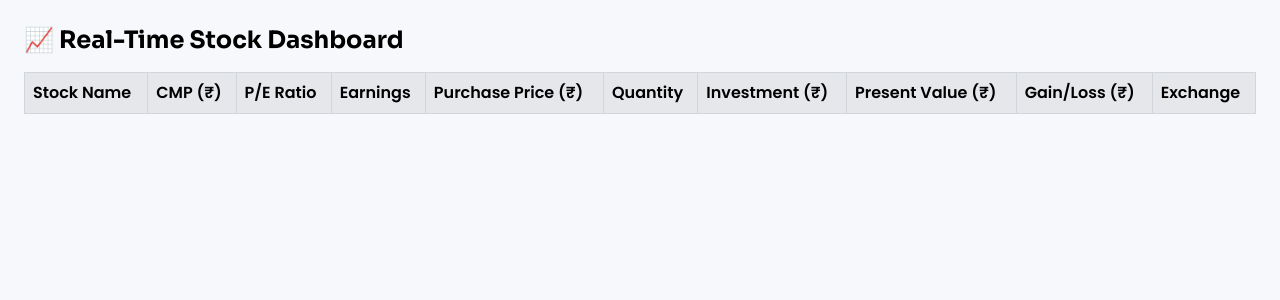
Repository: jabir12-12/inten-project
Page: /
An editor plug-in stored every save of this project. The page is shown before and after the next save, followed by the edit.
The browser window is 1280 px wide. The pictures show the whole page.
The page's requests for data from a server got no answer. The project was rebuilt for these pictures with package versions that can differ from the ones it lists, and the page was loaded fresh each time. The framework's server and built-in components were replaced by stand-ins that run in the browser. No one was signed in, and anything a server would have sent is missing. Also part of the build but not shown: next.config.ts.

Above is the page before, as saved 2025-05-17 20:02:32.

### src/pages/index.tsx
'use client';
import React, { useEffect, useState } from 'react';

interface StockData {
  symbol: string;
  cmp: number;
  peRatio: number;
  earnings: number;
}

interface StockWithUserData extends StockData {
  purchasePrice: number;
  quantity: number;
  exchange: string;
}

const STOCKS_LIST = ['HAL', 'GRSE', 'MSFT', 'AMZN', 'META', 'TSLA', 'NFLX', 'NVDA', 'ADBE', 'INTC'];

// Manual stock exchange info
const STOCK_EXCHANGE_MAP: Record<string, string> = {
  HAL: 'NYSE',
  GRSE: 'NYSE',
  MSFT: 'NASDAQ',
  AMZN: 'NASDAQ',
  META: 'NASDAQ',
  TSLA: 'NASDAQ',
  NFLX: 'NASDAQ',
  NVDA: 'NASDAQ',
  ADBE: 'NASDAQ',
  INTC: 'NASDAQ',
};

// Hardcoded purchase prices for each stock
const PURCHASE_PRICE_MAP: Record<string, number> = {
  HAL: 150,
  GRSE: 230,
  MSFT: 320,
  AMZN: 2900,
  META: 330,
  TSLA: 700,
  NFLX: 500,
  NVDA: 600,
  ADBE: 550,
  INTC: 50,
};

// Hardcoded quantities for each stock
const QUANTITY_MAP: Record<string, number> = {
  HAL: 10,
  GRSE: 5,
  MSFT: 8,
  AMZN: 2,
  META: 7,
  TSLA: 3,
  NFLX: 4,
  NVDA: 6,
  ADBE: 9,
  INTC: 12,
};

export default function StockDashboard() {
  const [stocks, setStocks] = useState<StockWithUserData[]>([]);
  const [loading, setLoading] = useState(true);

  const fetchData = async () => {
    try {
      const res = await fetch('/api/route');
      const json = await res.json();
      if (json.success) {
        // Assign hardcoded purchasePrice and quantity values
        const dataWithUserFields = STOCKS_LIST.map((symbol) => {
          const stock = json.data.find((s: StockData) => s.symbol === symbol);
          return {
            symbol,
            cmp: stock ? stock.cmp : 0,
            peRatio: stock ? stock.peRatio : 0,
            earnings: stock ? stock.earnings : 0,
            purchasePrice: PURCHASE_PRICE_MAP[symbol] || 0,
            quantity: QUANTITY_MAP[symbol] || 0,
            exchange: STOCK_EXCHANGE_MAP[symbol] || 'Unknown',
          };
        });
        setStocks(dataWithUserFields);
      }
    } catch (err) {
      console.error('Error fetching data:', err);
    } finally {
      setLoading(false);
    }
  };

  useEffect(() => {
    fetchData();
    const interval = setInterval(fetchData, 15000);
    return () => clearInterval(interval);
  }, []);

  return (
    <div className="p-4 sm:p-6">
      <h1 className="text-xl sm:text-2xl font-bold mb-4">📈 Real-Time Stock Dashboard</h1>
      {loading ? (
        <p className="text-center text-gray-600">Loading...</p>
      ) : (
        <div className="overflow-x-auto">
          <table className="min-w-full table-auto border border-gray-300 text-left text-sm sm:text-base">
            <thead className="bg-gray-200">
              <tr>
                <th className="p-2 border border-gray-300">Stock Name</th>
                <th className="p-2 border border-gray-300">CMP (₹)</th>
                <th className="p-2 border border-gray-300">P/E Ratio</th>
                <th className="p-2 border border-gray-300">Earnings</th>
                <th className="p-2 border border-gray-300">Purchase Price (₹)</th>
                <th className="p-2 border border-gray-300">Quantity</th>
                <th className="p-2 border border-gray-300">Investment (₹)</th>
                <th className="p-2 border border-gray-300">Present Value (₹)</th>
                <th className="p-2 border border-gray-300">Gain/Loss (₹)</th>
                <th className="p-2 border border-gray-300">Exchange</th>
              </tr>
            </thead>
            <tbody>
              {stocks.map((stock) => {
                const investment = stock.purchasePrice * stock.quantity;
                const presentValue = stock.cmp * stock.quantity;
                const gainLoss = presentValue - investment;
                return (
                  <tr key={stock.symbol} className="even:bg-gray-50">
                    <td className="p-2 border border-gray-300 font-semibold">{stock.symbol}</td>
                    <td className="p-2 border border-gray-300">₹{stock.cmp.toFixed(2)}</td>
                    <td className="p-2 border border-gray-300">{stock.peRatio.toFixed(2)}</td>
                    <td className="p-2 border border-gray-300">{stock.earnings.toFixed(2)}</td>

                    {/* Display hardcoded purchasePrice and quantity as text */}
                    <td className="p-2 border border-gray-300">{stock.purchasePrice}</td>
                    <td className="p-2 border border-gray-300">{stock.quantity}</td>

                    {/* Calculated fields */}
                    <td className="p-2 border border-gray-300">₹{investment.toFixed(2)}</td>
                    <td className="p-2 border border-gray-300">₹{presentValue.toFixed(2)}</td>
                    <td
                      className={`p-2 border border-gray-300 font-semibold ${gainLoss >= 0 ? 'text-green-600' : 'text-red-600'
                        }`}
                    >
                      ₹{gainLoss.toFixed(2)}
                    </td>

                    <td className="p-2 border border-gray-300">{stock.exchange}</td>
                  </tr>
                );
              })}
            </tbody>
          </table>
        </div>
      )}
    </div>
  );
}

### src/styles/globals.css
@import url('https://fonts.googleapis.com/css2?family=Poppins:wght@400;500;600&family=Inter:wght@400;500;600&family=Sora:wght@400;500;600;700;800&display=swap');
@import url('https://fonts.googleapis.com/css2?family=Inter:wght@400;700&display=swap');

@import "tailwindcss";

body {
  background-color: #f7f8fb;
  margin: 0;
  padding: 0;
  font-family: 'Poppins', sans-serif;
  justify-content: center;
  align-items: center;
  height: 100vh;
}

.video-js .vjs-playback-rate {
  font-size: 10px;
  transform: translateY(12px);
  /* Moves the button down by 10px */

}

.heading .head {
  font-family: 'Sora', sans-serif;
  font-size: 24px;
  /* Example size */
  font-weight: 700;
}

/* Example for other headings if needed */
h1,
h2,
h3,
h4,
h5,
h6 {
  font-family: 'Sora', sans-serif;
}

h3 {
  font-size: 18px;
  font-weight: 600;
}

/* Ensure that other text elements use Poppins */
p,
span,
div {
  font-family: 'Poppins', sans-serif;
}

.button {
  outline: none;
}

/* Custom scrollbar styles */

::-webkit-scrollbar {
  width: 7px;
  height: 7px;
}

::-webkit-scrollbar-thumb {
  background-color: rgba(234, 236, 240, 1);
  ;

  border-radius: 100px;
}

::-webkit-scrollbar-track {
  background: "white";

}

/* THIS IS FOR TEXT-EDITOR IN DISSCUSSION TAB --------------------------*/
.custom-quill .ql-container {
  border: none !important;
  /* Remove the border from the container */
}

.custom-quill .ql-editor {
  border: none !important;
  /* Ensure no border around the editor */
}

.custom-quill:focus {
  outline: none;
  /* Remove outline on focus */
}

.custom-quill .ql-editor {
  font-size: 16px;
  /* Set text size to 16px */
  font-family: 'Poppins', sans-serif;
  font-style: normal;
  /* Use the Poppins font */

}

.custom-quill .ql-editor:empty::before {

  /* Show placeholder */
  color: #667085;
  /* Placeholder color */
  font-family: 'Poppins', sans-serif;
  font-style: normal;
  /* Poppins font for placeholder */
  font-size: 16px;
  /* Placeholder size */
  position: absolute;
  /* Position it absolutely */
  left: 10px;
  /* Adjust according to your padding */
  top: 10px;
  /* Adjust according to your padding */
  pointer-events: none;
  /* Prevent interaction */
}

.custom-quill .ql-editor:focus::before {
  display: none;
  /* Hide placeholder on focus */
}

/* -------------------------------------------------- */
/* FOR TOOLTIP FOR TEST PAGE ONLY ->learn Tab */


.tooltipText {
  position: absolute;
  color: white;
  bottom: 125%;
  /* Position above the button */
  left: 50%;
  /* Center horizontally */
  transform: translateX(-50%);
  /* Adjust to center the tooltip */

  z-index: 3;
  background-color: #131313;
  box-shadow: 0 5px 10px rgba(0, 0, 0, 0.3);
  padding: 6px 14px;
  /* Padding inside the tooltip */
  width: 204px;
  /* Fixed width */
  height: auto;
  /* Hug content (height grows with content) */
  min-height: 78px;
  /* Minimum height */
  font-size: 15px;
  font-weight: 400;
  border-radius: 5px;
  white-space: normal;
  /* Allow text wrapping for longer content */
  opacity: 0;
  pointer-events: none;
  transition: all 0.4s ease;
}

.tooltip:hover .tooltipText {
  opacity: 1;
  pointer-events: auto;
  transform: translate(-50%, -10px);
  /* Move tooltip slightly up on hover */
}

.drawer-overlay {
  background-color: transparent !important;
  /* Makes the overlay transparent */
}

/* magic.module.css */
.customCheckbox input[type="checkbox"]:checked {
  background-color: #9012FF;
  border-color: #9012FF;
}

/* Add this to your global CSS file */
.ql-container .ql-editor img {
  cursor: pointer;
}

.image-resizer {
  border: 1px dashed #999;
  position: absolute;
}

.image-resizer .resize-handle {
  background-color: #fff;
  border: 1px solid #999;
  height: 8px;
  width: 8px;
  position: absolute;
}

.image-resizer .resize-handle.se {
  bottom: -5px;
  right: -5px;
  cursor: se-resize;
}

.image-resizer .resize-handle.sw {
  bottom: -5px;
  left: -5px;
  cursor: sw-resize;
}

.image-resizer .resize-handle.ne {
  top: -5px;
  right: -5px;
  cursor: ne-resize;
}

.image-resizer .resize-handle.nw {
  top: -5px;
  left: -5px;
  cursor: nw-resize;
}


@layer base {
  :root {
    --radius: 0.5rem;
    --chart-1: 12 76% 61%;
    --chart-2: 173 58% 39%;
    --chart-3: 197 37% 24%;
    --chart-4: 43 74% 66%;
    --chart-5: 27 87% 67%;
  }

  .dark {
    --chart-1: 220 70% 50%;
    --chart-2: 160 60% 45%;
    --chart-3: 30 80% 55%;
    --chart-4: 280 65% 60%;
    --chart-5: 340 75% 55%;
  }
}

Loaded but not shown: src/pages/_app.tsx (common file); src/pages/_document.tsx (common file)

After the next save:
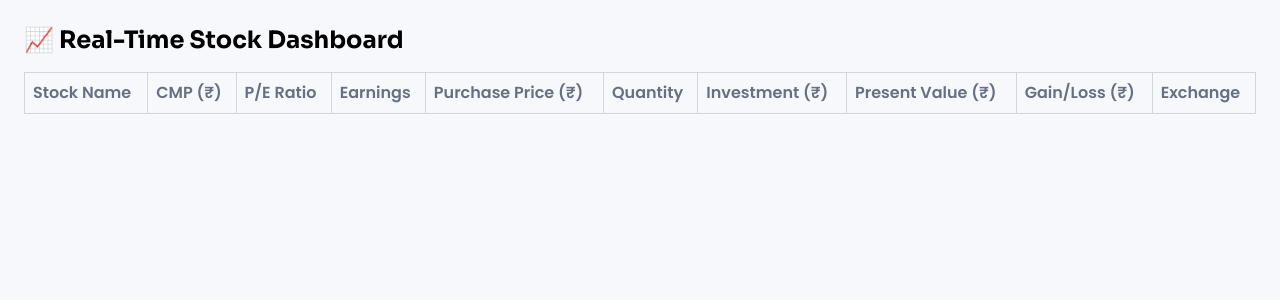
Saved 3 min 53 s later.
--- a/src/pages/index.tsx
+++ b/src/pages/index.tsx
@@ -102,8 +102,8 @@ export default function StockDashboard() {
         <p className="text-center text-gray-600">Loading...</p>
       ) : (
         <div className="overflow-x-auto">
-          <table className="min-w-full table-auto border border-gray-300 text-left text-sm sm:text-base">
-            <thead className="bg-gray-200">
+          <table className="min-w-full table-auto border border-[#EAECF0] text-left text-sm sm:text-base">
+            <thead className="bg-[#F7F8FB] text-[#667085]">
               <tr>
                 <th className="p-2 border border-gray-300">Stock Name</th>
                 <th className="p-2 border border-gray-300">CMP (₹)</th>
